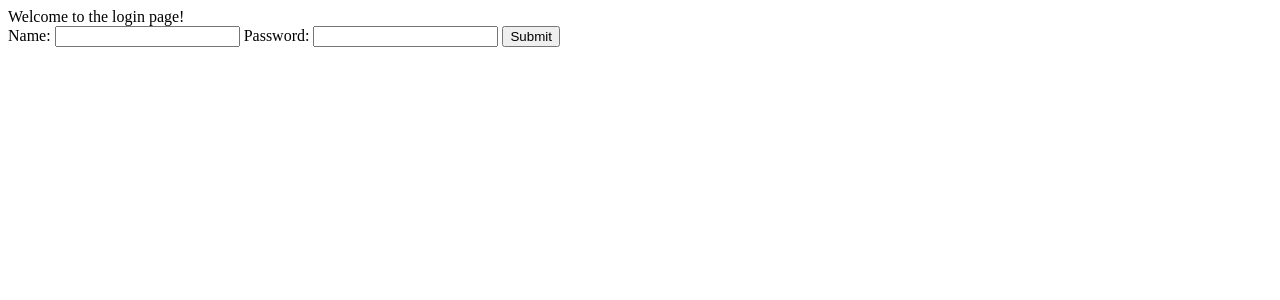
Repository: Baemint2/SPRING
Page: http://localhost/myfirstwebapp/src/main/resources/META-INF/resources/jsp/login.jsp
These files come from the project's save history. The page is drawn as it stood at one moment and after the next save; the edit follows.
The browser window is 1280 px wide. The pictures show the whole page.
The page is served by Tomcat 9.

Above is the page before, as saved 2023-12-14 01:40:21.

After the next save:
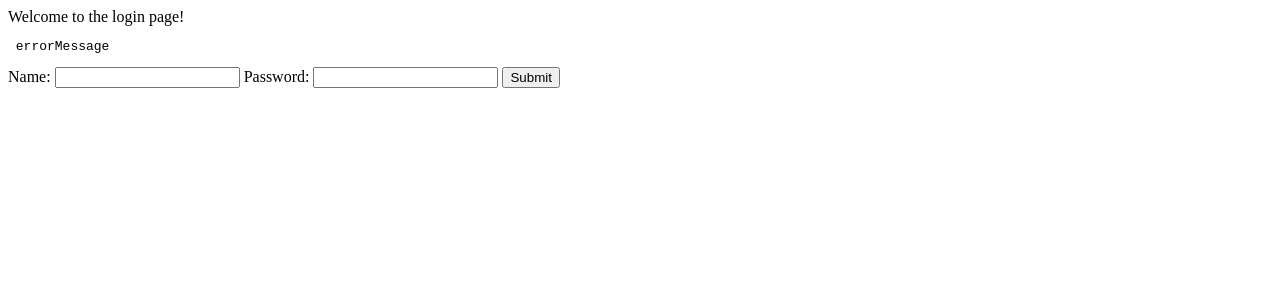
Saved 22 s later.
--- a/myfirstwebapp/src/main/resources/META-INF/resources/jsp/login.jsp
+++ b/myfirstwebapp/src/main/resources/META-INF/resources/jsp/login.jsp
@@ -4,6 +4,7 @@
   </head>
   <body>
   		Welcome to the login page!
+  		<pre>${errorMessage} errorMessage</pre>
   		<form method="post">
   			Name: <input type="text" name="name">
   			Password: <input type="password" name="password">
